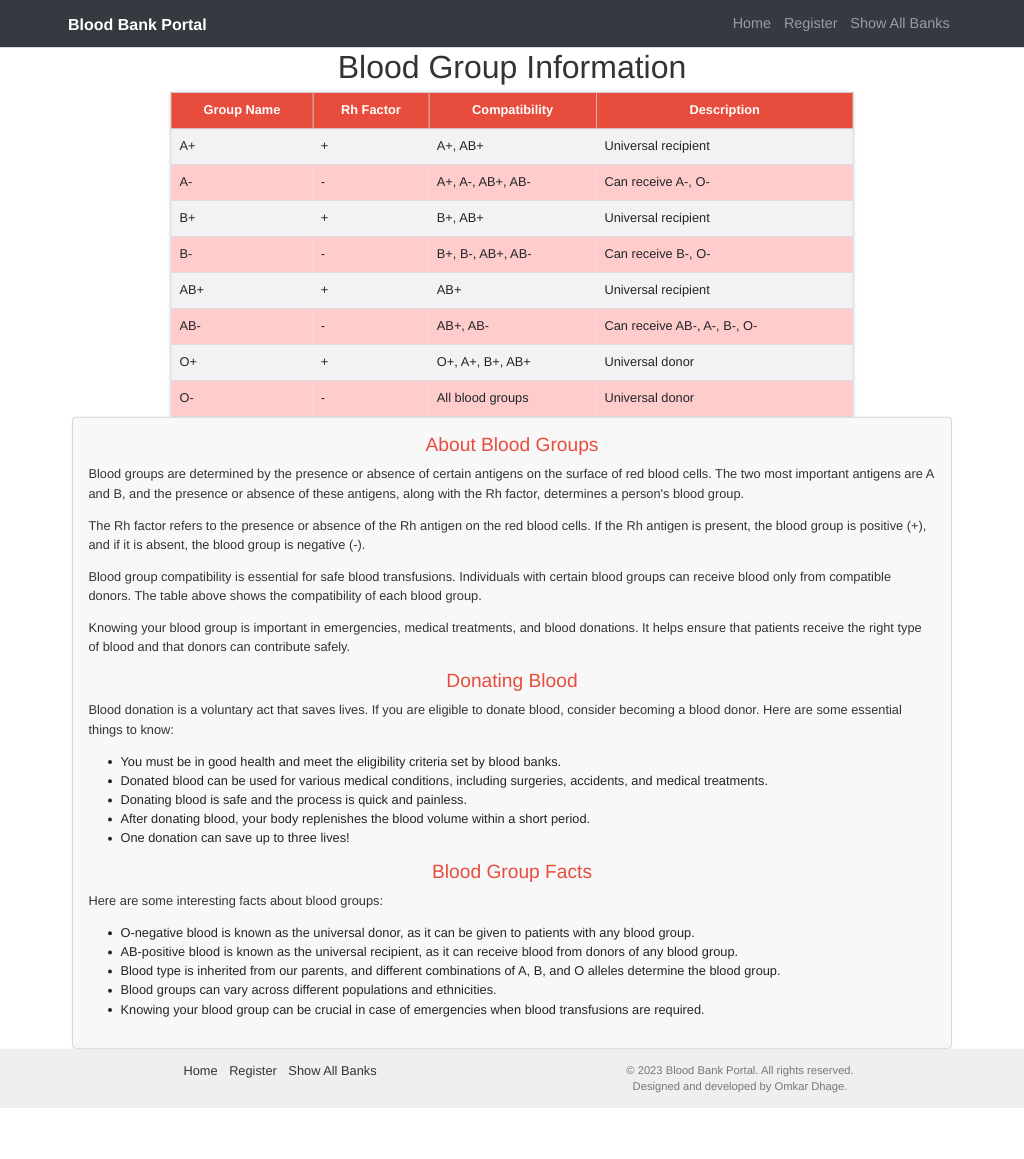
Repository: omi4535/Decentralized_Blood_Bank_System
Page: http://localhost/blood_bank_system/blood_groups_info.jsp
An editor plug-in stored every save of this project. The page is shown before and after the next save, followed by the edit.
The browser window is 1280 px wide. The pictures show the whole page, at 80% of full size.
Some web libraries are served in a nearby version. The page is served by Tomcat 9. Other server files are loaded and not shown.

Above is the page before, as saved 2023-07-04 19:56:43.

### blood bank system/src/main/webapp/blood_groups_info.jsp
<%@ page language="java" contentType="text/html; charset=UTF-8"
	pageEncoding="UTF-8"%>
<!DOCTYPE html>
<html>
<head>
<title>Blood Group Information</title>
<style>
body {
	font-family: Arial, sans-serif;
	margin: 20px;
	background-color: #f2f2f2;
}

h1 {
	text-align: center;
	color: #333;
}

table {
	text-align: center;
	width: 66.67%;
	margin: auto;
	border-collapse: collapse;
	margin-top: 20px;
	background-color: #fff;
	box-shadow: 0 0 5px rgba(0, 0, 0, 0.1);
}

th, td {
	padding: 10px;
	text-align: left;
	border-bottom: 1px solid #ddd;
}

th {
	background-color: #f5f5f5;
	font-weight: bold;
	color: #333;
}

.info-section {
	margin-top: 30px;
	padding: 20px;
	background-color: #fff;
	box-shadow: 0 0 5px rgba(0, 0, 0, 0.1);
}

.info-section h2 {
	color: #333;
	margin-bottom: 10px;
}

.info-section p {
	color: #666;
	line-height: 1.5;
}

table {
	width: 66.67%;
	margin: 0 auto;
	border-collapse: collapse;
}

th {
	background-color: #E74C3C; /* Red color for table header */
	color: #FFFFFF; /* White text color for table header */
	text-align: center;
	padding: 10px;
	border: 1px solid #CCCCCC;
}

tr {
	background-color: #ffcccc;
	text-align: center;
	padding: 10px;
	border: 1px solid #CCCCCC;
	/* Light gray border color for table cells */
}

tr:nth-child(even) {
	background-color: #F2F2F2;
	/* Light gray background color for even rows */
}

tr:hover {
	background-color: #ff4d4d;
	/* Yellow background color for hover effect on rows */
}

.info-container {
	width: 86%;
	margin: 0 auto;

	background-color: #F8F8F8;
	padding: 20px;
	margin-top:10dp;
	border: 1px solid #CCCCCC;
	border-radius: 5px;
}

.info-container h2 {
text-align: center;
	color: #E74C3C;
	font-size: 24px;
	margin-bottom: 10px;
}

.info-container p {
	color: #333333;
	font-size: 16px;
	line-height: 1.5;
}
</style>
</head>
<body>
	<%@ include file="NavBar.jsp"%>
	<h1>Blood Group Information</h1>

	<table>
		<tr>
			<th>Group Name</th>
			<th>Rh Factor</th>
			<th>Compatibility</th>
			<th>Description</th>
		</tr>
		<tr>
			<td>A+</td>
			<td>+</td>
			<td>A+, AB+</td>
			<td>Universal recipient</td>
		</tr>
		<tr>
			<td>A-</td>
			<td>-</td>
			<td>A+, A-, AB+, AB-</td>
			<td>Can receive A-, O-</td>
		</tr>
		<tr>
			<td>B+</td>
			<td>+</td>
			<td>B+, AB+</td>
			<td>Universal recipient</td>
		</tr>
		<tr>
			<td>B-</td>
			<td>-</td>
			<td>B+, B-, AB+, AB-</td>
			<td>Can receive B-, O-</td>
		</tr>
		<tr>
			<td>AB+</td>
			<td>+</td>
			<td>AB+</td>
			<td>Universal recipient</td>
		</tr>
		<tr>
			<td>AB-</td>
			<td>-</td>
			<td>AB+, AB-</td>
			<td>Can receive AB-, A-, B-, O-</td>
		</tr>
		<tr>
			<td>O+</td>
			<td>+</td>
			<td>O+, A+, B+, AB+</td>
			<td>Universal donor</td>
		</tr>
		<tr>
			<td>O-</td>
			<td>-</td>
			<td>All blood groups</td>
			<td>Universal donor</td>
		</tr>
	</table>

	<div class="info-container">
		<h2>About Blood Groups</h2>
		<p>Blood groups are determined by the presence or absence of
			certain antigens on the surface of red blood cells. The two most
			important antigens are A and B, and the presence or absence of these
			antigens, along with the Rh factor, determines a person's blood
			group.</p>
		<p>The Rh factor refers to the presence or absence of the Rh
			antigen on the red blood cells. If the Rh antigen is present, the
			blood group is positive (+), and if it is absent, the blood group is
			negative (-).</p>
		<p>Blood group compatibility is essential for safe blood
			transfusions. Individuals with certain blood groups can receive blood
			only from compatible donors. The table above shows the compatibility
			of each blood group.</p>
		<p>Knowing your blood group is important in emergencies, medical
			treatments, and blood donations. It helps ensure that patients
			receive the right type of blood and that donors can contribute
			safely.</p>

		<h2>Donating Blood</h2>
		<p>Blood donation is a voluntary act that saves lives. If you are
			eligible to donate blood, consider becoming a blood donor. Here are
			some essential things to know:</p>
		<ul>
			<li>You must be in good health and meet the eligibility criteria
				set by blood banks.</li>
			<li>Donated blood can be used for various medical conditions,
				including surgeries, accidents, and medical treatments.</li>
			<li>Donating blood is safe and the process is quick and
				painless.</li>
			<li>After donating blood, your body replenishes the blood volume
				within a short period.</li>
			<li>One donation can save up to three lives!</li>
		</ul>
		<h2>Blood Group Facts</h2>
		<p>Here are some interesting facts about blood groups:</p>
		<ul>
			<li>O-negative blood is known as the universal donor, as it can
				be given to patients with any blood group.</li>
			<li>AB-positive blood is known as the universal recipient, as it
				can receive blood from donors of any blood group.</li>
			<li>Blood type is inherited from our parents, and different
				combinations of A, B, and O alleles determine the blood group.</li>
			<li>Blood groups can vary across different populations and
				ethnicities.</li>
			<li>Knowing your blood group can be crucial in case of
				emergencies when blood transfusions are required.</li>
		</ul>
	</div>
	<%@ include file="footer.jsp"%>
</body>
</html>

### blood bank system/src/main/webapp/NavBar.jsp
<%@ page language="java" contentType="text/html; charset=UTF-8"
    pageEncoding="UTF-8"%>
<!DOCTYPE html>
<html>
<head>
    <meta charset="UTF-8">
    <meta name="viewport" content="width=device-width, initial-scale=1.0">
    <title>Blood Bank Portal</title>
    <link rel="stylesheet" href="https://maxcdn.bootstrapcdn.com/bootstrap/4.5.2/css/bootstrap.min.css">
    <style>
        .navbar-brand {
            font-weight: bold;
        }

        .navbar-nav .nav-link {
            font-size: 18px;
        }
    </style>
</head>
<body>
    <nav class="navbar navbar-expand-lg navbar-dark bg-dark">
        <div class="container">
            <a class="navbar-brand" href="index.jsp">Blood Bank Portal</a>
            <button class="navbar-toggler" type="button" data-toggle="collapse" data-target="#navbarNav" aria-controls="navbarNav" aria-expanded="false" aria-label="Toggle navigation">
                <span class="navbar-toggler-icon"></span>
            </button>
            <div class="collapse navbar-collapse" id="navbarNav">
                <ul class="navbar-nav ml-auto">
                    <li class="nav-item">
                        <a class="nav-link" href="index.jsp">Home</a>
                    </li>
                    <li class="nav-item">
                        <a class="nav-link" href="registration.jsp">Register</a>
                    </li>
                    <li class="nav-item">
                        <a class="nav-link" href="/all_banks">Show All Banks</a>
                    </li>
                </ul>

            </div>
        </div>
    </nav>

</body>
</html>

### blood bank system/src/main/webapp/footer.jsp
<%@ page language="java" contentType="text/html; charset=UTF-8"
	pageEncoding="UTF-8"%>
<!DOCTYPE html>
<html lang="en">
<head>
<meta charset="UTF-8">
<meta name="viewport" content="width=device-width, initial-scale=1.0">
<title>Blood Bank Portal</title>
<link rel="stylesheet"
	href="https://maxcdn.bootstrapcdn.com/bootstrap/4.5.2/css/bootstrap.min.css">
<style>

*,
*:before,
*:after {
  -webkit-box-sizing: border-box;
  -moz-box-sizing:    border-box;
  box-sizing:         border-box;
}

html {
  height: 100%;
}

body {
  position: relative;
  margin: 0;
  padding-bottom: 4rem;
  min-height: 100%;
  font-family: "Helvetica Neue", Arial, sans-serif;
}

.footer {
	background-color: #f8f9fa;
	padding: 20px;
	position: relative;
	right: 0;
	bottom: 0;
	left: 0;
	padding: 1rem;
	background-color: #efefef;
	text-align: center;
}

.footer-links a {
	color: #333;
	margin-right: 10px;
}

.footer-info {
	color: #777;
	font-size: 14px;
}
</style>
</head>
<body>


	<footer class="footer">
		<div class="container">
			<div class="row">
				<div class="col-md-6">
					<div class="footer-links">
						<a href="index.jsp">Home</a>
						<a href="registration.jsp">Register</a>
						<a href="All_banks.jsp">Show All Banks</a>
					</div>
				</div>
				<div class="col-md-6">
					<div class="footer-info">
						&copy; 2023 Blood Bank Portal. All rights reserved. <br>
						Designed and developed by Omkar Dhage.
					</div>
				</div>
			</div>
		</div>
	</footer>

	<script src="https://code.jquery.com/jquery-3.5.1.slim.min.js"></script>
	<script
		src="https://cdn.jsdelivr.net/npm/@popperjs/core@1.16.0/dist/umd/popper.min.js"></script>
	<script
		src="https://maxcdn.bootstrapcdn.com/bootstrap/4.5.2/js/bootstrap.min.js"></script>
</body>
</html>

After the next save:
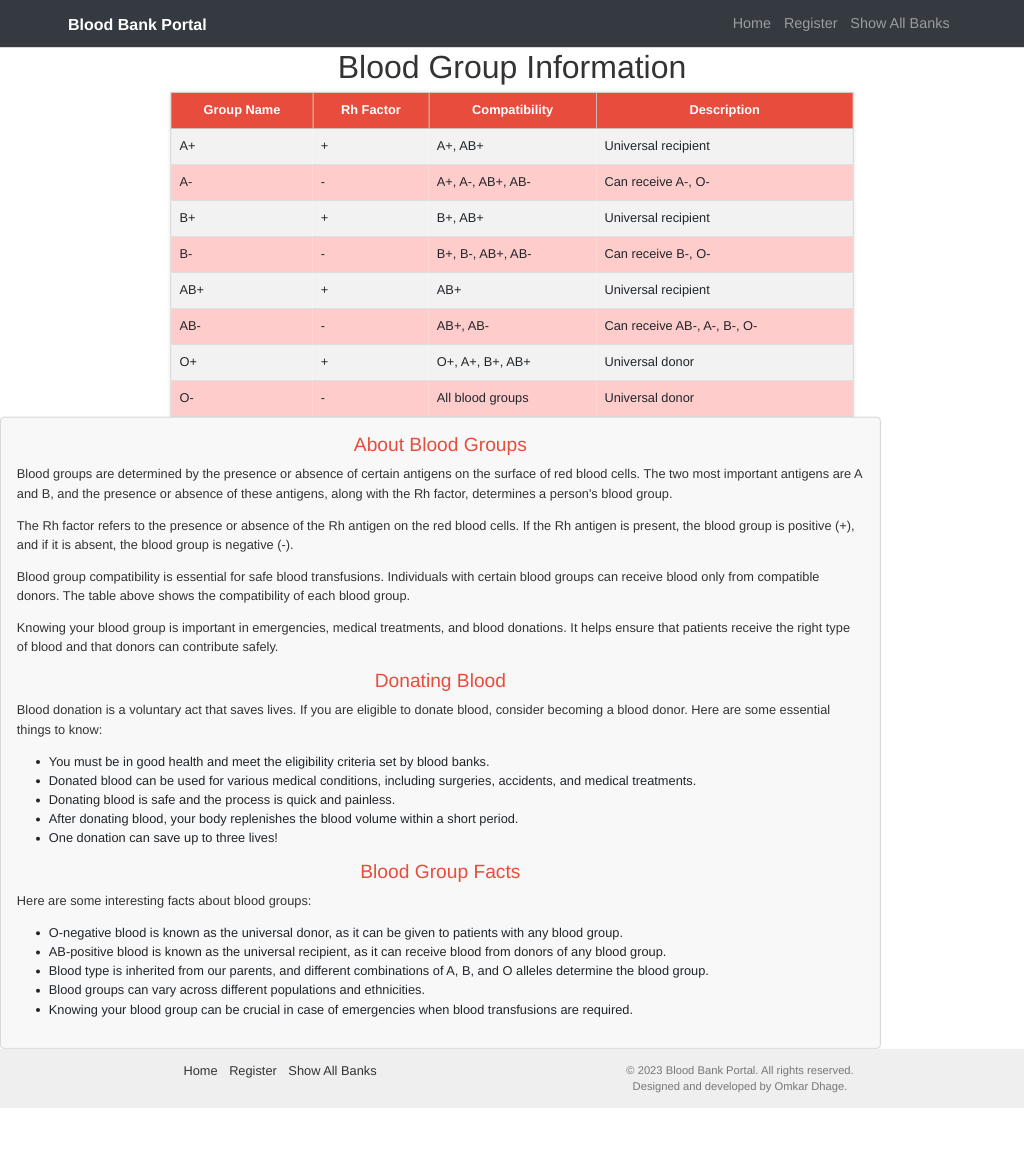
Saved 15 s later.
--- a/blood bank system/src/main/webapp/blood_groups_info.jsp
+++ b/blood bank system/src/main/webapp/blood_groups_info.jsp
@@ -89,7 +89,7 @@
 
 .info-container {
 	width: 86%;
-	margin: 0 auto;
+	margin: 10 auto;
 
 	background-color: #F8F8F8;
 	padding: 20px;

After the save that followed:
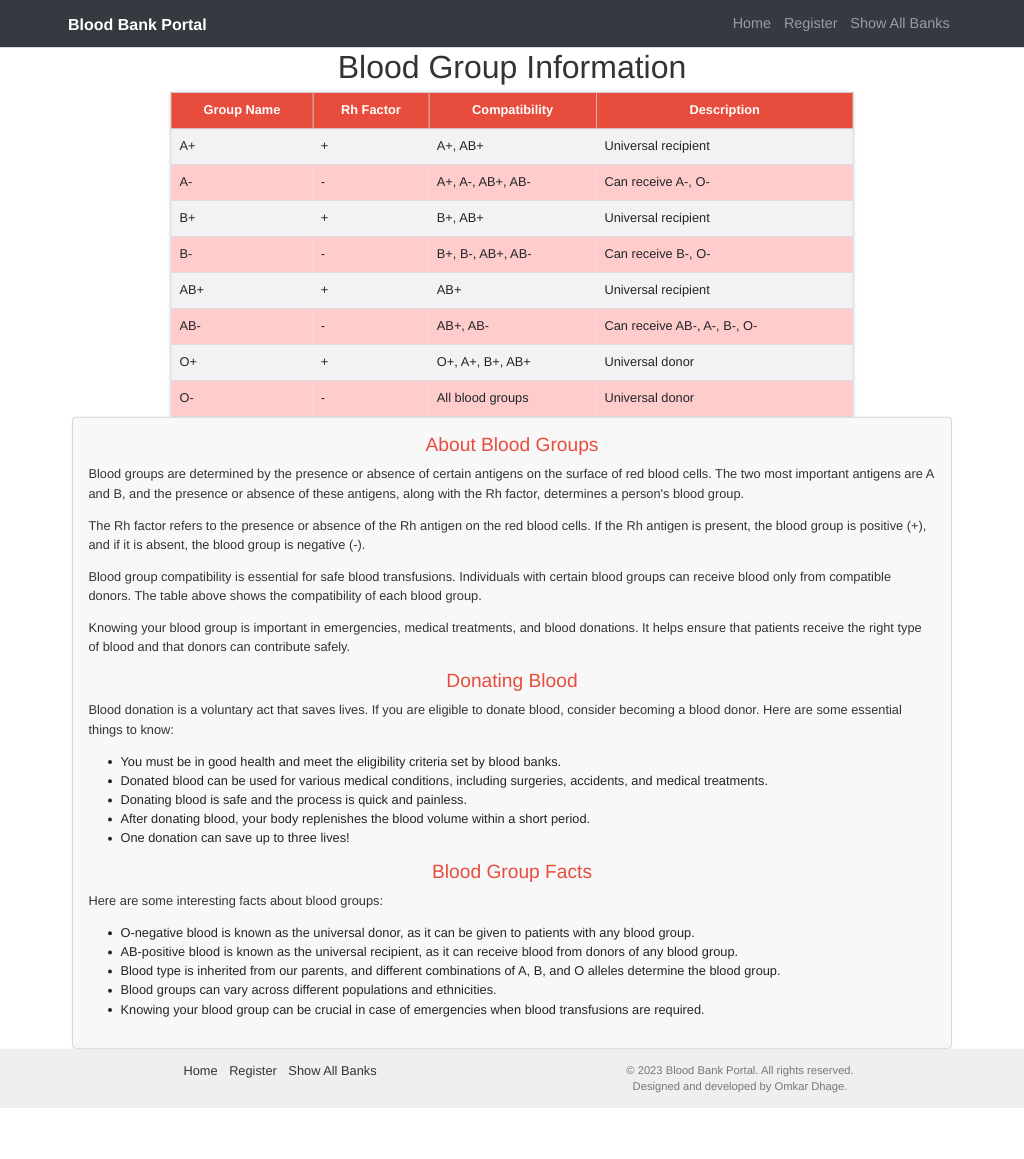
Saved 19 s later.
--- a/blood bank system/src/main/webapp/blood_groups_info.jsp
+++ b/blood bank system/src/main/webapp/blood_groups_info.jsp
@@ -89,7 +89,7 @@
 
 .info-container {
 	width: 86%;
-	margin: 10 auto;
+	margin: 0 auto;
 
 	background-color: #F8F8F8;
 	padding: 20px;
